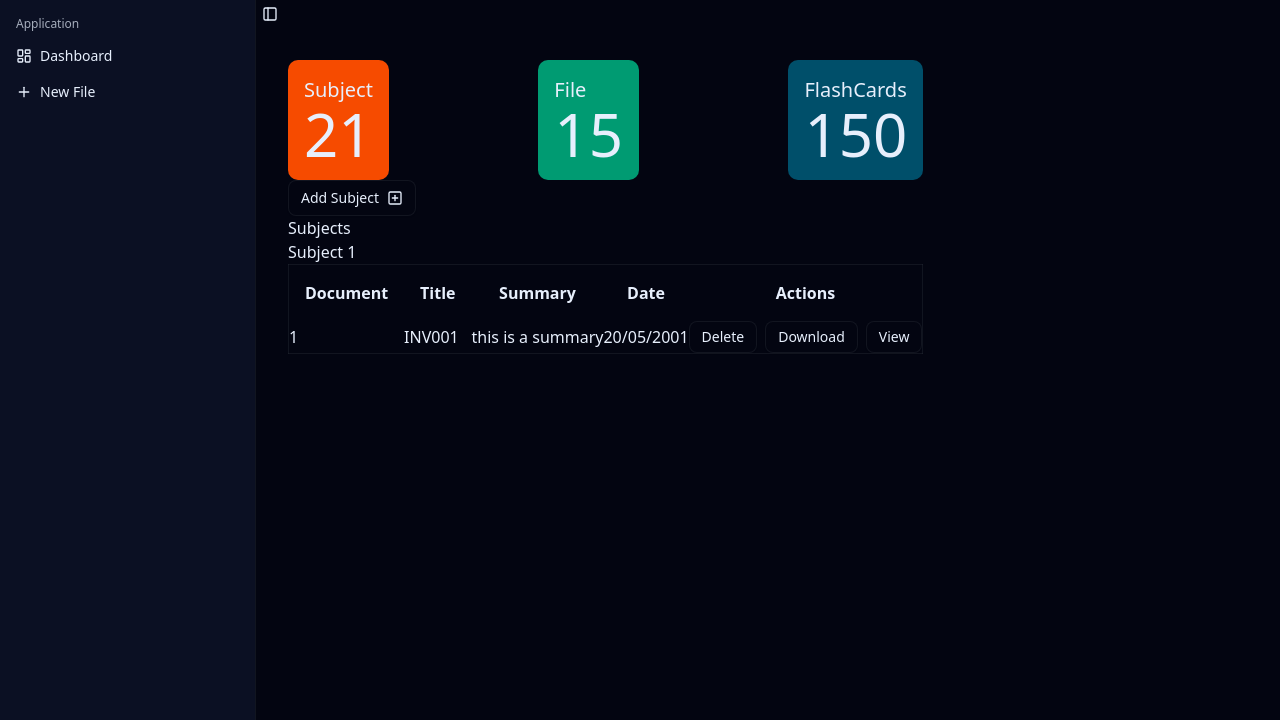
Repository: SywarDer/Student-Assistance
Page: /dashboard (app in student-assistant/)
The author's editor kept a copy of each file at every save. The page is drawn from the files as they stood at one save, then again after the next save.
The browser window is 1280 px wide. The pictures show the whole page.
The project was rebuilt for these pictures with package versions that can differ from the ones it lists, and the page was loaded fresh each time. The framework's server and built-in components were replaced by stand-ins that run in the browser. Also part of the build but not shown: student-assistant/next.config.ts, student-assistant/components/ui/input.tsx, student-assistant/components/ui/separator.tsx, student-assistant/components/ui/skeleton.tsx. Imported but missing from the stored project, and not drawn on this page: student-assistant/components/ui/sheet.

Above is the page before, as saved 2025-10-30 20:36:42.

After the next save:
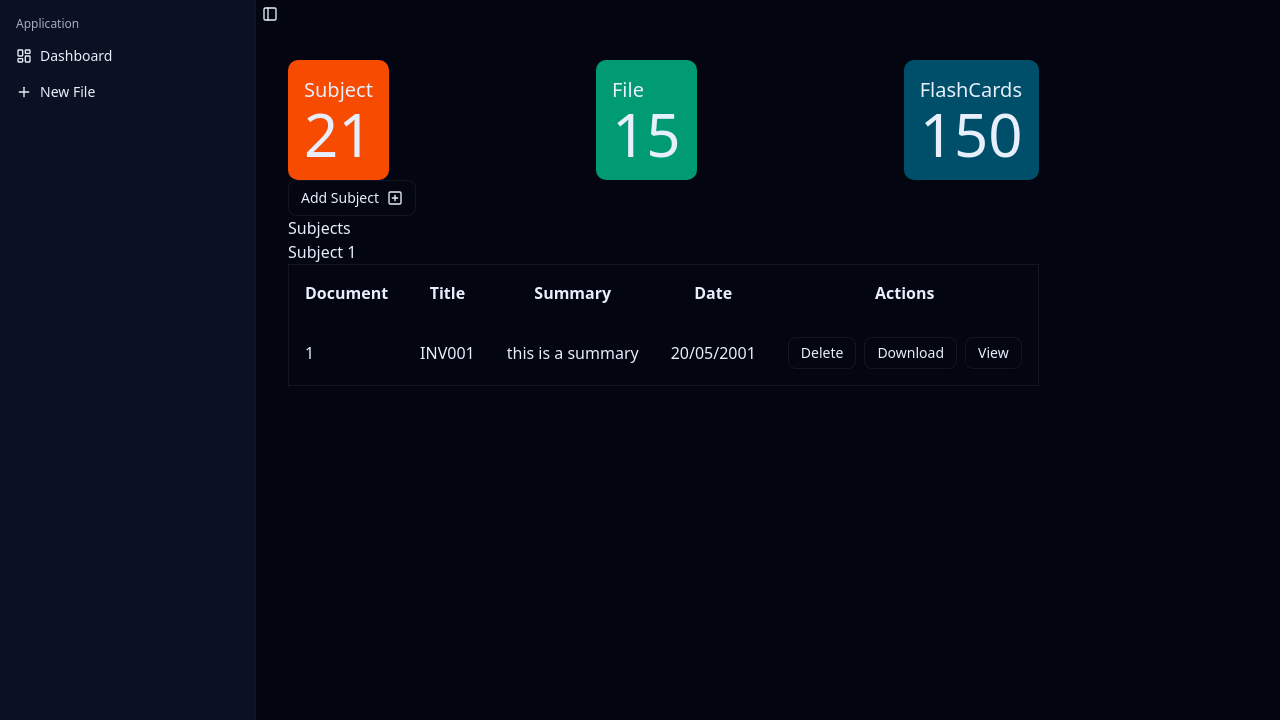
Saved 24 s later.
--- a/student-assistant/app/dashboard/page.tsx
+++ b/student-assistant/app/dashboard/page.tsx
@@ -101,11 +101,11 @@ export default function Dashboard() {
                 <tbody>
                     {documents.map((doc) => (
                         <tr key={doc.id}>
-                            <td>{doc.id}</td>
-                            <td>{doc.title}</td>
-                            <td>{doc.summary}</td>
-                            <td>{doc.date}</td>
-                            <td>{doc.actions}</td>
+                            <td className="p-4">{doc.id}</td>
+                            <td className="p-4">{doc.title}</td>
+                            <td className="p-4">{doc.summary}</td>
+                            <td className="p-4">{doc.date}</td>
+                            <td className="p-4">{doc.actions}</td>
                         </tr>
                     ))}
                 </tbody>
